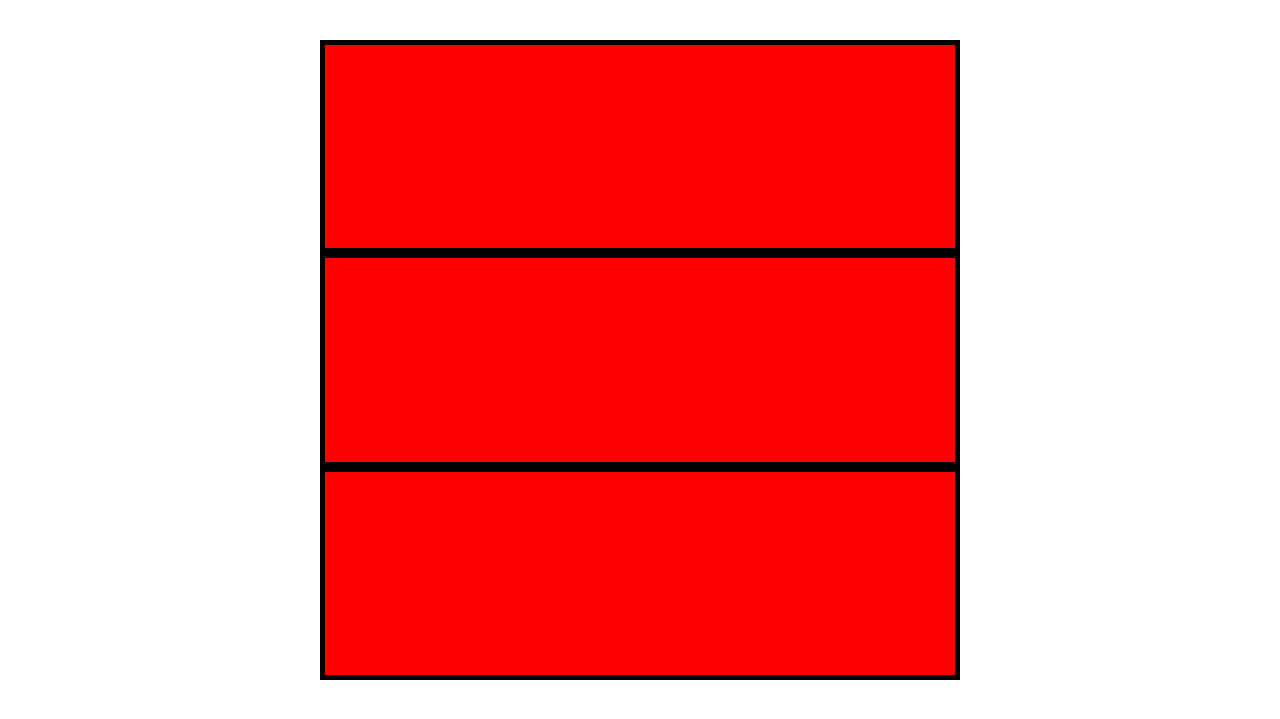
Repository: baumanmilosz/tictactoe
Page: index.html
An editor plug-in stored every save of this project. The page is shown before and after the next save, followed by the edit.
The browser window is 1280 px wide. The pictures show the whole page.

Above is the page before, as saved 2019-02-21 16:39:13.

### index.html
<!DOCTYPE html>
<html lang="en">

<head>
  <meta charset="UTF-8">
  <meta name="viewport" content="width=device-width, initial-scale=1.0">
  <meta http-equiv="X-UA-Compatible" content="ie=edge">
  <link rel="stylesheet" href="./style.css">
  <title>Tic Tac Toe</title>
</head>

<body>
  <div class="board">
    <div class="row">
      <div class="box"></div>
      <div class="box"></div>
      <div class="box"></div>
    </div>
    <div class="row">
      <div class="box"></div>
      <div class="box"></div>
      <div class="box"></div>
    </div>
    <div class="row">
      <div class="box"></div>
      <div class="box"></div>
      <div class="box"></div>
    </div>
  </div>

  <script src="./script.js"></script>
</body>

</html>

### style.css
* {
  margin: 0;
  padding: 0;
  box-sizing: border-box;
}

html {
  font-size: 10px;
}

body {
  position: relative;
  height: 100vh;
}

.board {
  display: flex;
  flex-wrap: wrap;
  justify-content: center;
  align-items: center;
  position: absolute;
  left: 50%;
  top: 50%;
  transform: translate(-50%, -50%);
  width: 50vw;
  height: 50vw;
  background-color: red;
}

.row {
  width: 100%;
  height: 33.3%;
  display: flex;
  border: 5px solid black;
  cursor: pointer;
}

.box {
  flex-basis: 33.3%;
  height: 33.3%;
}

.box.cross:before{
  content: 'X';
  font-size: 20px;
}

.box.circle::after{
  content: 'O';
  font-size: 20px;
}

### script.js
const boxes = document.querySelectorAll('.box');

let oddPlayer = true;

boxes.forEach(box => box.addEventListener('click', () => {
  if (box.classList.contains('circle') || box.classList.contains('cross')) return;
  oddPlayer ? box.classList.add('circle') : box.classList.add('cross');
  oddPlayer = !oddPlayer;
}));

After the next save:
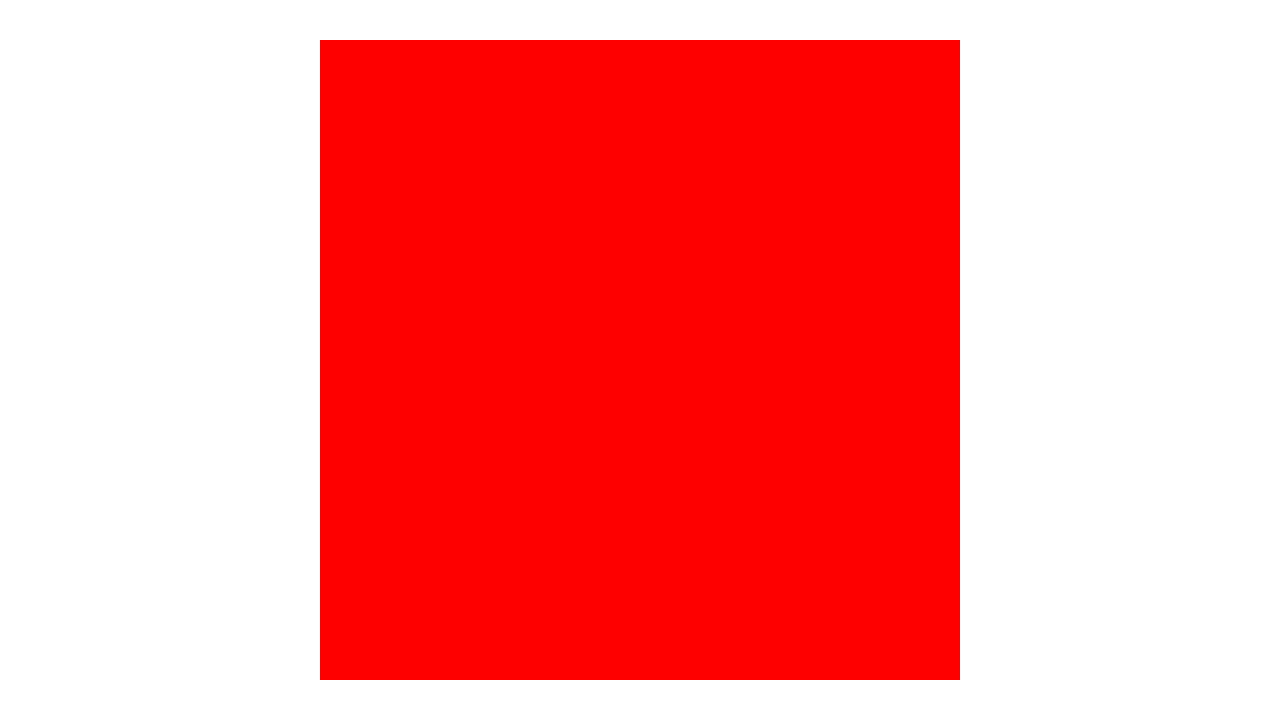
Saved 7 s later.
--- a/style.css
+++ b/style.css
@@ -31,7 +31,7 @@
   width: 100%;
   height: 33.3%;
   display: flex;
-  border: 5px solid black;
+  /* border: 5px solid black; */
   cursor: pointer;
 }
 

After the 2 saves that followed:
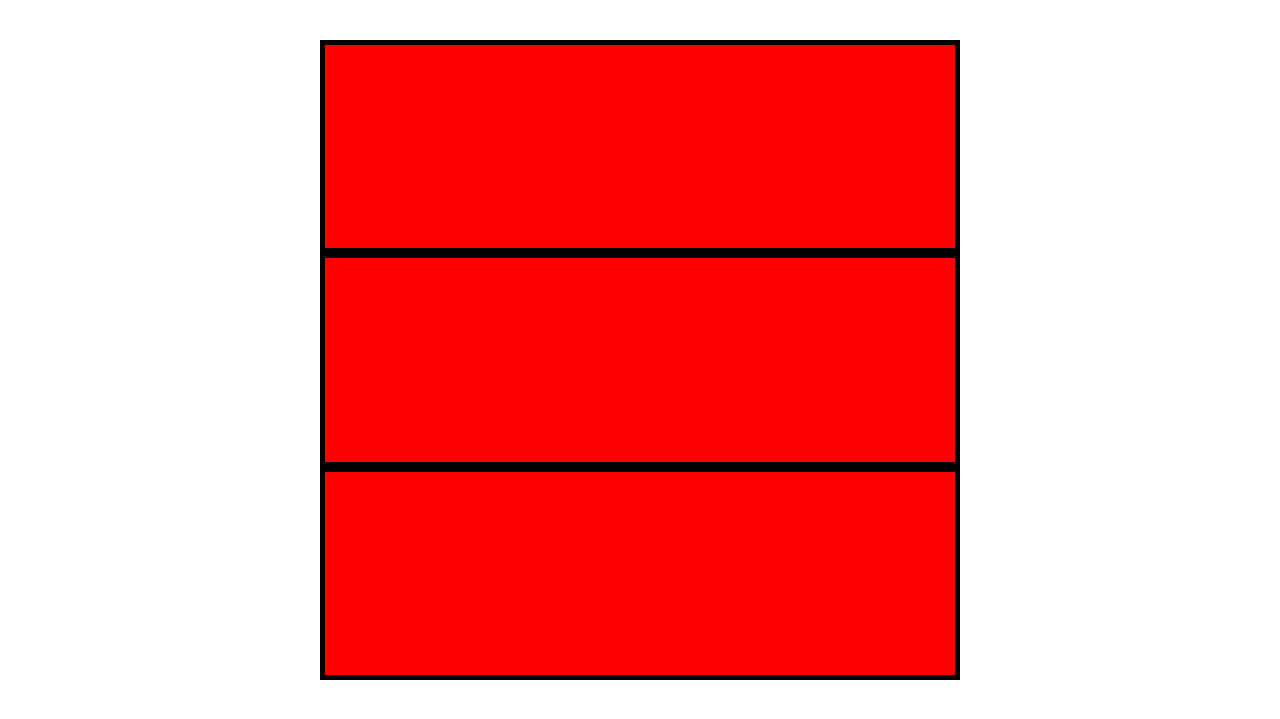
The 2 saves are shown as one change because they came seconds apart.
The last was saved 10 s later.
--- a/style.css
+++ b/style.css
@@ -31,12 +31,12 @@
   width: 100%;
   height: 33.3%;
   display: flex;
-  /* border: 5px solid black; */
+  border: 5px solid black;
   cursor: pointer;
 }
 
 .box {
-  flex-basis: 33.3%;
+  flex-basis:20.3%;
   height: 33.3%;
 }
 
